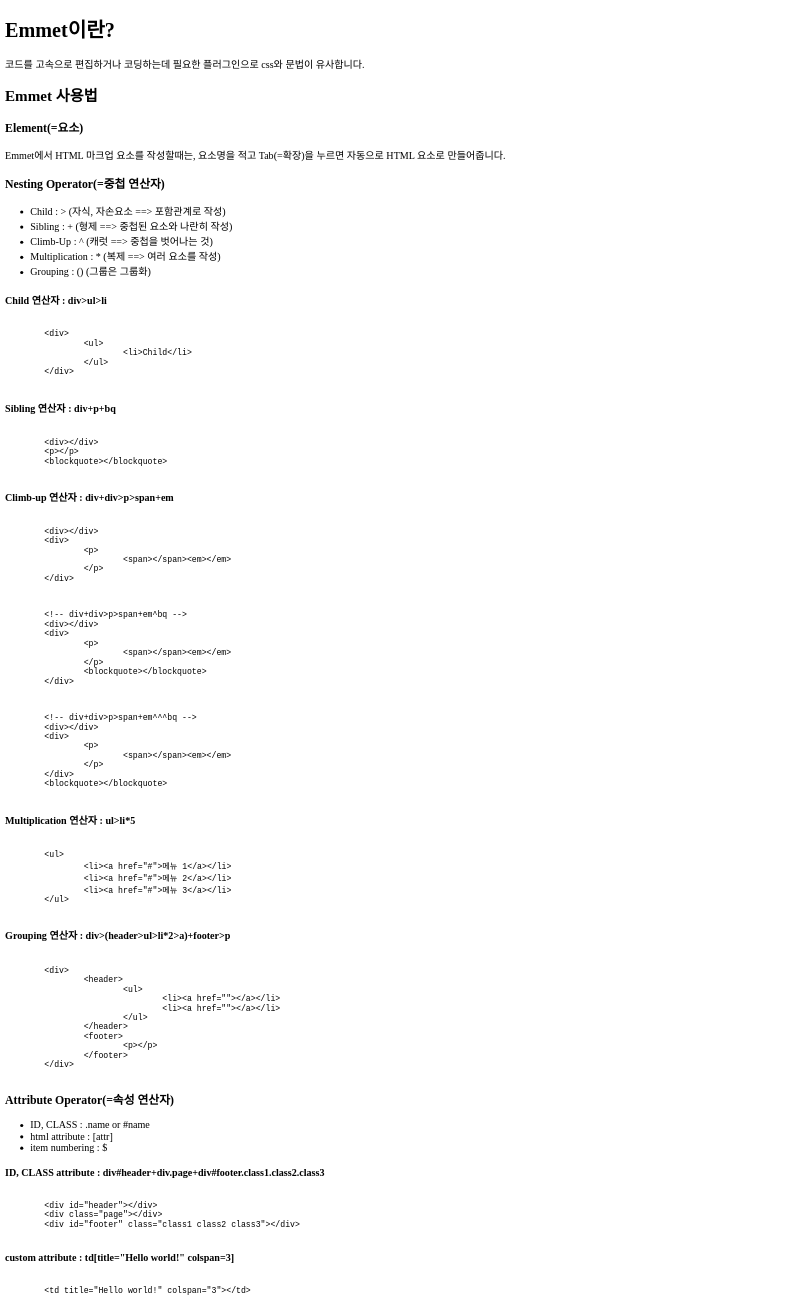
Repository: kvmhyvmvn/Study_WebUI
Page: WorkSpace/CloneCoding1/src/main/webapp/index.html
The author's editor kept a copy of each file at every save. The page is drawn from the files as they stood at one save, then again after the next save.
The browser window is 1280 px wide. The pictures show the whole page, at 63% of full size.

Above is the page before, as saved 2023-05-30 07:39:03.

After the next save:
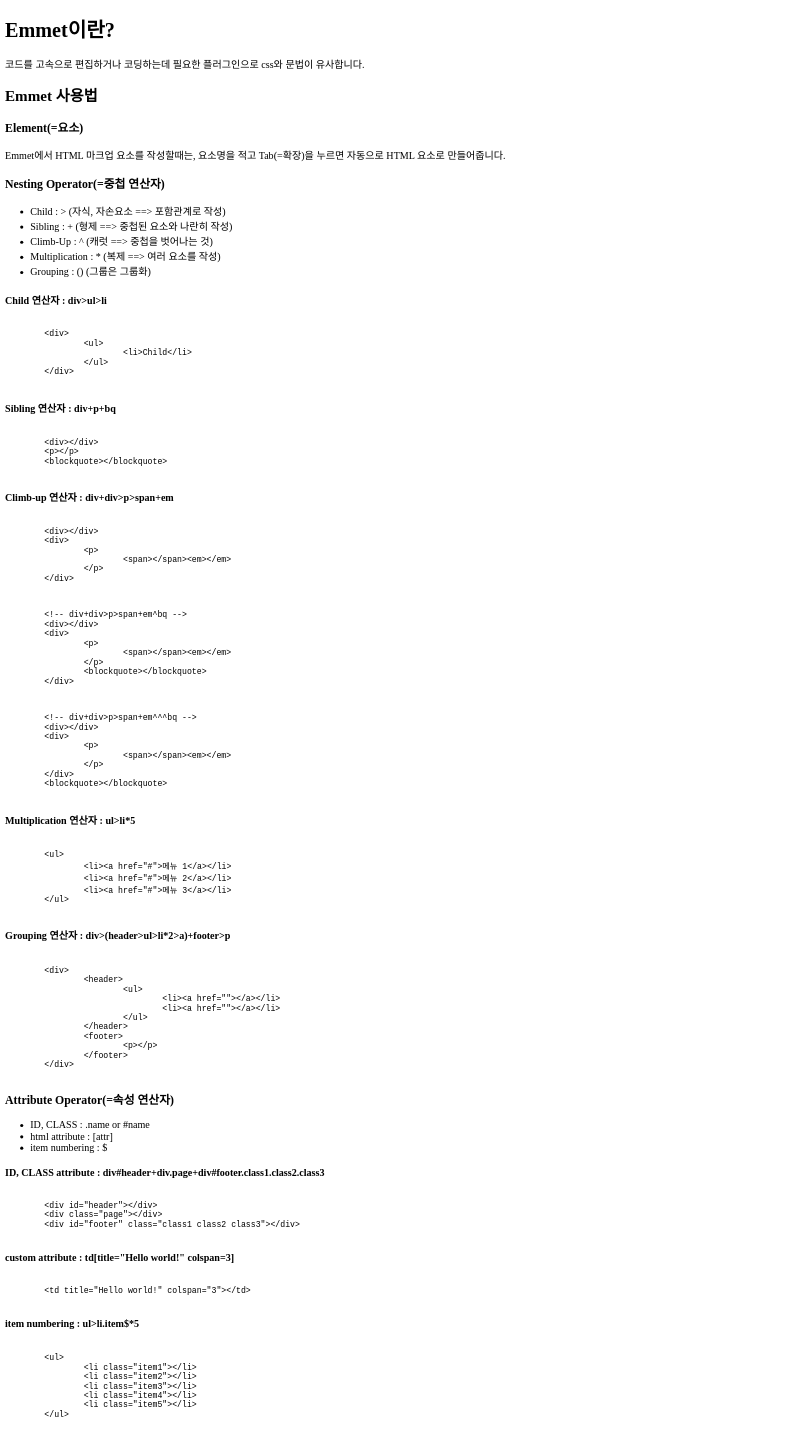
Saved 44 s later.
--- a/WorkSpace/CloneCoding1/src/main/webapp/index.html
+++ b/WorkSpace/CloneCoding1/src/main/webapp/index.html
@@ -114,6 +114,17 @@
 	<td title="Hello world!" colspan="3"></td>
 	</xmp>
 
+	<h4>item numbering : ul>li.item$*5</h4>
+	<xmp>
+	<ul>
+		<li class="item1"></li>
+		<li class="item2"></li>
+		<li class="item3"></li>
+		<li class="item4"></li>
+		<li class="item5"></li>
+	</ul>
+	</xmp>
+
 
 
 
